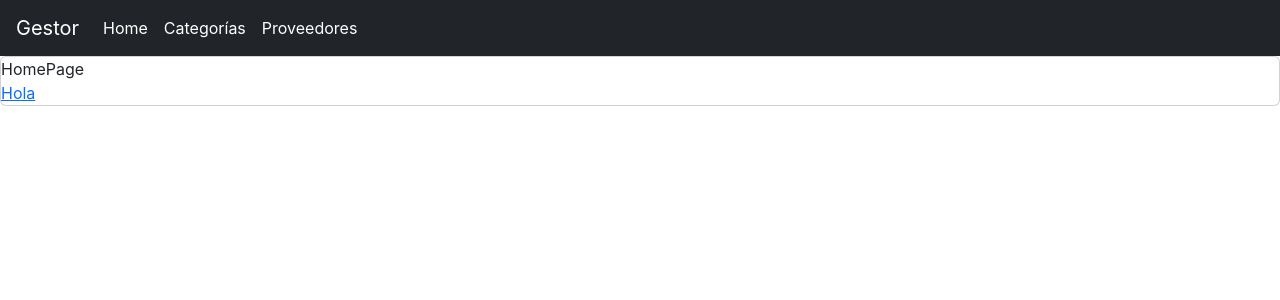
Repository: SantiagoGuaman/gestor-app
Page: /
The author's editor kept a copy of each file at every save. The page is drawn from the files as they stood at one save, then again after the next save.
The browser window is 1280 px wide. The pictures show the whole page.
The project was rebuilt for these pictures with package versions that can differ from the ones it lists, and the page was loaded fresh each time. Also part of the build but not shown: src/App.css, src/Categories/GetDataCategories.js, src/Proveedores/GetDataProviders.js.

Above is the page before, as saved 2024-02-15 10:17:10.

After the next save:
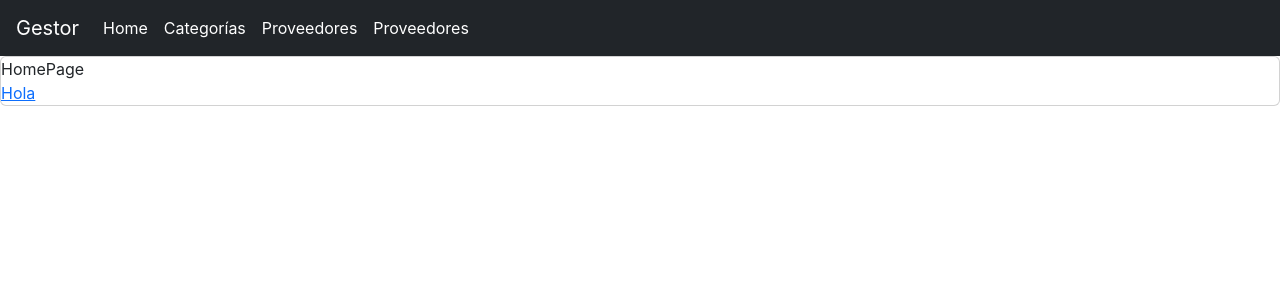
Saved 22 s later.
--- a/src/NavBar/NavBar.js
+++ b/src/NavBar/NavBar.js
@@ -20,6 +20,9 @@ function NavBar() {
                     <li className="nav-item">
                         <Link className="nav-link" to="/providers">Proveedores</Link>
                     </li>
+                    <li className="nav-item">
+                        <Link className="nav-link" to="/providers">Proveedores</Link>
+                    </li>
                 </ul>
             </div>
         </nav>
